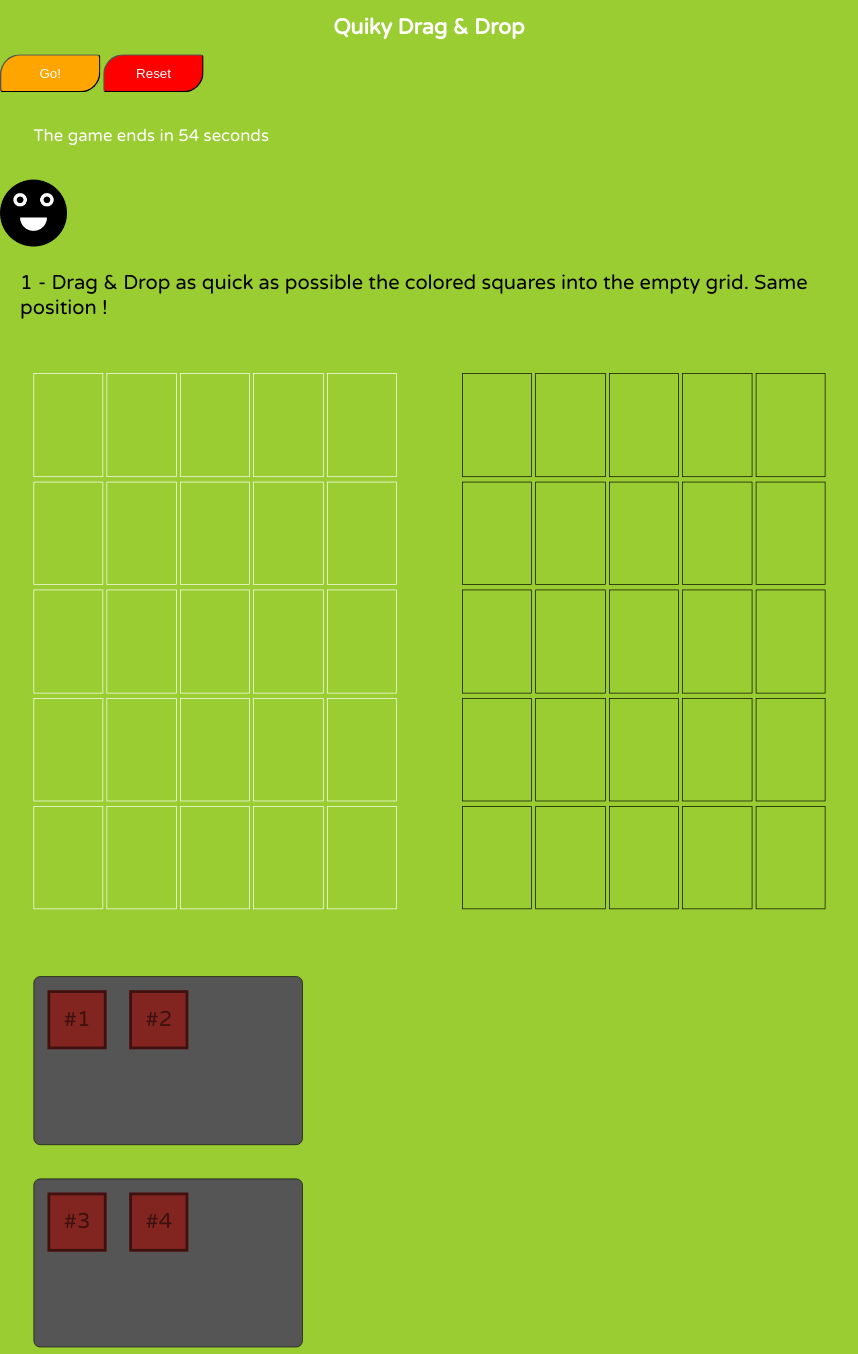
Repository: Siehan/Quiky-drag-and-drop
Page: index.html
An editor plug-in stored every save of this project. The page is shown before and after the next save, followed by the edit.
The browser window is 1280 px wide. The pictures show the whole page, at 67% of full size.

Above is the page before, as saved 2020-01-22 15:03:04.
Console error: TypeError: Cannot read properties of null (reading 'addEventListener')

### index.html
<!DOCTYPE html>
<html lang="en">

<head>
  <meta charset="UTF-8">
  <meta name="viewport" content="width=device-width, initial-scale=1.0">
  <meta http-equiv="X-UA-Compatible" content="ie=edge">
  <link rel="stylesheet" type="text/css" href="style.css">
  <script type="module" src="grid.js"></script>
  <script type="text/javascript"></script>
  <title>Document</title>
</head>

<body>
  <header>
    <h1>Quiky Drag & Drop</h1>
    <button id="button-go">Go!</button>
    <button id="button-reset">Reset</button>
  </header>

  <div id="time"></div>
  <img class="black-face" src="images/1297390581.png" alt="black face">

  <p>1 - Drag & Drop as quick as possible the colored squares into the empty grid. Same position !</p>
  <div id="container">

    <div class="container-one"></div>
    <div class="container-two"></div>
  </div>

  <div class="dropper">
    <div class="draggable">#1</div>
    <div class="draggable">#2</div>
  </div>
  <div class="dropper">
    <div class="draggable">#3</div>
    <div class="draggable">#4</div>
  </div>

</body>

</html>

### style.css
@import url("https://fonts.googleapis.com/css?family=Varela+Round&display=swap");

body, html {
  font-family: 'Varela Round', sans-serif;
  background: yellowgreen;
  color: white;
  margin: 0 auto;
  padding: 0;
}

#button-go {
  width: 150px;
  color: white;
  font-size: 20px;
  background-color: orange;
  padding: 15px;
  border-radius: 30px 5px;
}

#button-reset {
  width: 150px;
  color: white;
  font-size: 20px;
  background-color: red;
  padding: 15px;
  border-radius: 30px 5px;
}

h1 {
  color: white;
  text-align: center;
  border-style: 1px black;
}

p {
  padding: 30px;
  margin: auto;
  font-family: 'Varela Round', sans-serif;
  font-size: 30px;
  color: black;
}

.black-face {
  width: 100px;
}

.thumbs-face {
  width: 100px;
}


#container {
  display: flex;
}

.container-one {
  display: grid;
  padding: 50px;
  grid-template-columns: repeat(5,1fr);
  grid-template-rows: repeat(5,1fr);
  width: 800px;
  height: 800px;
  grid-gap: 7px;
}

.container-two {
  display: grid;
  padding: 50px;
  grid-template-columns: repeat(5,1fr);
  grid-template-rows: repeat(5,1fr);
  width: 800px;
  height: 800px;
  grid-gap: 7px;
}

.container-one div {
  border: 1.5px solid white;
  width: 100%;
}

.container-two div {
  border: 1.5px solid black;
  width: 100%;
}

#time {
  padding: 50px;
  margin: auto;
  color: white;
  font-size: 25px;
}

.dropper {
    margin: 50px 10px 10px 50px;
    width: 400px;
    height: 250px;
    background-color: #555;
    border: 1px solid #111;

    border-radius: 10px;
    transition: all 200ms linear;
}

.drop_hover {
    box-shadow: 0 0 30px rgba(0, 0, 0, 0.8) inset;
}

.draggable {
    display: inline-block;
    margin: 20px 10px 10px 20px;
    padding-top: 20px;
    width: 80px;
    height: 60px;
    color: #3D110F;
    background-color: #822520;
    border: 4px solid #3D110F;
    text-align: center;
    font-size: 2em;
    cursor: move;

    transition: all 200ms linear;
    user-select: none;
}

### grid.js
function selectGeometricForms() {
    const btn = document.getElementById("button-go");
    const btnReset = document.getElementById("button-reset");
}

function setBlockColor() {
    const cases = document.querySelectorAll(".container-one div");
    cases.forEach(
        c =>
            c.style.background = getRandomColor())
}

function getRandomColor() {
    var letters = '0123456789ABCDEF';
    var color = '#';
    for (var i = 0; i < 6; i++) {
        color += letters[Math.floor(Math.random() * 16)];
    }
    return color;
}

function hourglass(id, cpt, lim, prev, next, callback) {
    (function f() {
        var el = document.getElementById(id);
        el.innerHTML = prev + cpt + next;
        if (cpt > lim) {
            cpt--;
            setTimeout(f, 999);
        } else if (callback) {
            callback();
        }
    })();
}

window.onload = function () {
    hourglass('time', 59, 0, 'The game ends in ', ' seconds', function () {
        alert("Game over !");
    });
};

for (let i = 0; i <= 24; i++) {
    var containerOne = document.querySelector(".container-one");
    var newDiv = document.createElement("div");
    newDiv.className = ("caseOne-" + i + " caseTableau1")
    containerOne.appendChild(newDiv);

}
console.log(containerOne);

for (let i = 0; i <= 24; i++) {
    var containerTwo = document.querySelector(".container-two");
    var newDiv2 = document.createElement("div");
    newDiv2.className = ("caseTwo-" + i + " caseTableau2")
    containerTwo.appendChild(newDiv2);
}
console.log(containerTwo);

var dragImg = new Image();
dragImg.src = 'drag_img.png';

document.querySelector('*[draggable="true"]').addEventListener('dragstart', function (e) {

    e.dataTransfer.setDragImage(dragImg, 40, 40); // Une position de 40x40 pixels centrera l'image (de 80x80 pixels) sous le curseur

});
(function () {

    var dndHandler = {

        draggedElement: null, // Propriété pointant vers l'élément en cours de déplacement

        applyDragEvents: function (element) {

            element.draggable = true;

            var dndHandler = this; // Cette variable est nécessaire pour que l'événement « dragstart » ci-dessous accède facilement au namespace « dndHandler »

            element.addEventListener('dragstart', function (e) {
                dndHandler.draggedElement = e.target; // On sauvegarde l'élément en cours de déplacement
                e.dataTransfer.setData('text/plain', ''); // Nécessaire pour Firefox
            });

        },

        applyDropEvents: function (dropper) {

            dropper.addEventListener('dragover', function (e) {
                e.preventDefault(); // On autorise le drop d'éléments
                this.className = 'dropper drop_hover'; // Et on applique le style adéquat à notre zone de drop quand un élément la survole
            });

            dropper.addEventListener('dragleave', function () {
                this.className = 'dropper'; // On revient au style de base lorsque l'élément quitte la zone de drop
            });

            var dndHandler = this; // Cette variable est nécessaire pour que l'événement « drop » ci-dessous accède facilement au namespace « dndHandler »

            dropper.addEventListener('drop', function (e) {

                var target = e.target,
                    draggedElement = dndHandler.draggedElement, // Récupération de l'élément concerné
                    clonedElement = draggedElement.cloneNode(true); // On créé immédiatement le clone de cet élément

                while (target.className.indexOf('dropper') == -1) { // Cette boucle permet de remonter jusqu'à la zone de drop parente
                    target = target.parentNode;
                }

                target.className = 'dropper'; // Application du style par défaut

                clonedElement = target.appendChild(clonedElement); // Ajout de l'élément cloné à la zone de drop actuelle
                dndHandler.applyDragEvents(clonedElement); // Nouvelle application des événements qui ont été perdus lors du cloneNode()

                draggedElement.parentNode.removeChild(draggedElement); // Suppression de l'élément d'origine

            });

        }

    };

    var elements = document.querySelectorAll('.draggable'),
        elementsLen = elements.length;

    for (var i = 0; i < elementsLen; i++) {
        dndHandler.applyDragEvents(elements[i]); // Application des paramètres nécessaires aux éléments déplaçables
    }

    var droppers = document.querySelectorAll('.dropper'),
        droppersLen = droppers.length;

    for (var i = 0; i < droppersLen; i++) {
        dndHandler.applyDropEvents(droppers[i]); // Application des événements nécessaires aux zones de drop
    }

})();


setBlockColor()

After the next save:
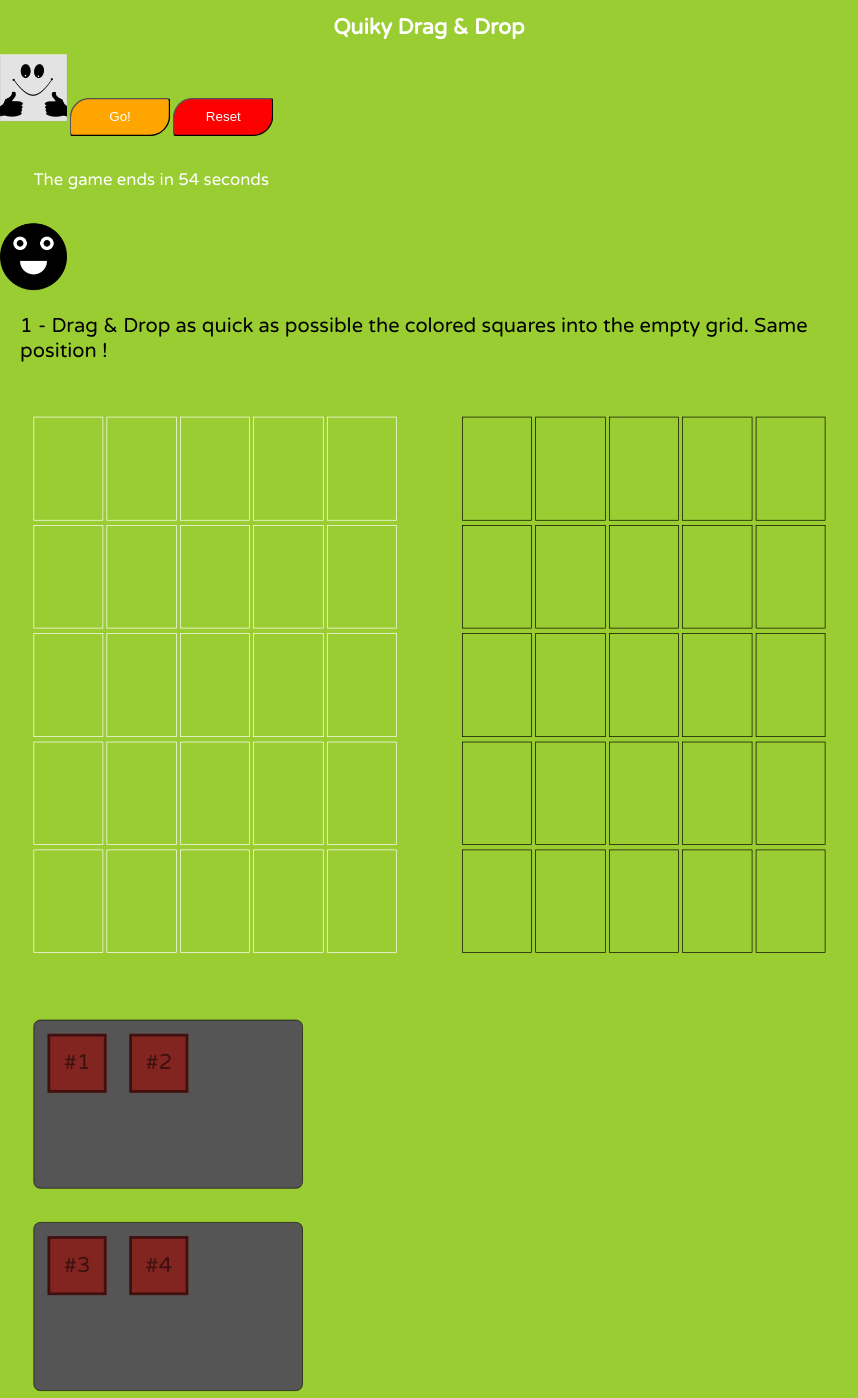
Saved 19 s later.
--- a/index.html
+++ b/index.html
@@ -14,6 +14,7 @@
 <body>
   <header>
     <h1>Quiky Drag & Drop</h1>
+    <img class="thumbs-face" src="images/Thumbs-Up-Smiley-Face.png" alt="thumbs face">
     <button id="button-go">Go!</button>
     <button id="button-reset">Reset</button>
   </header>

After the 4 saves that followed:
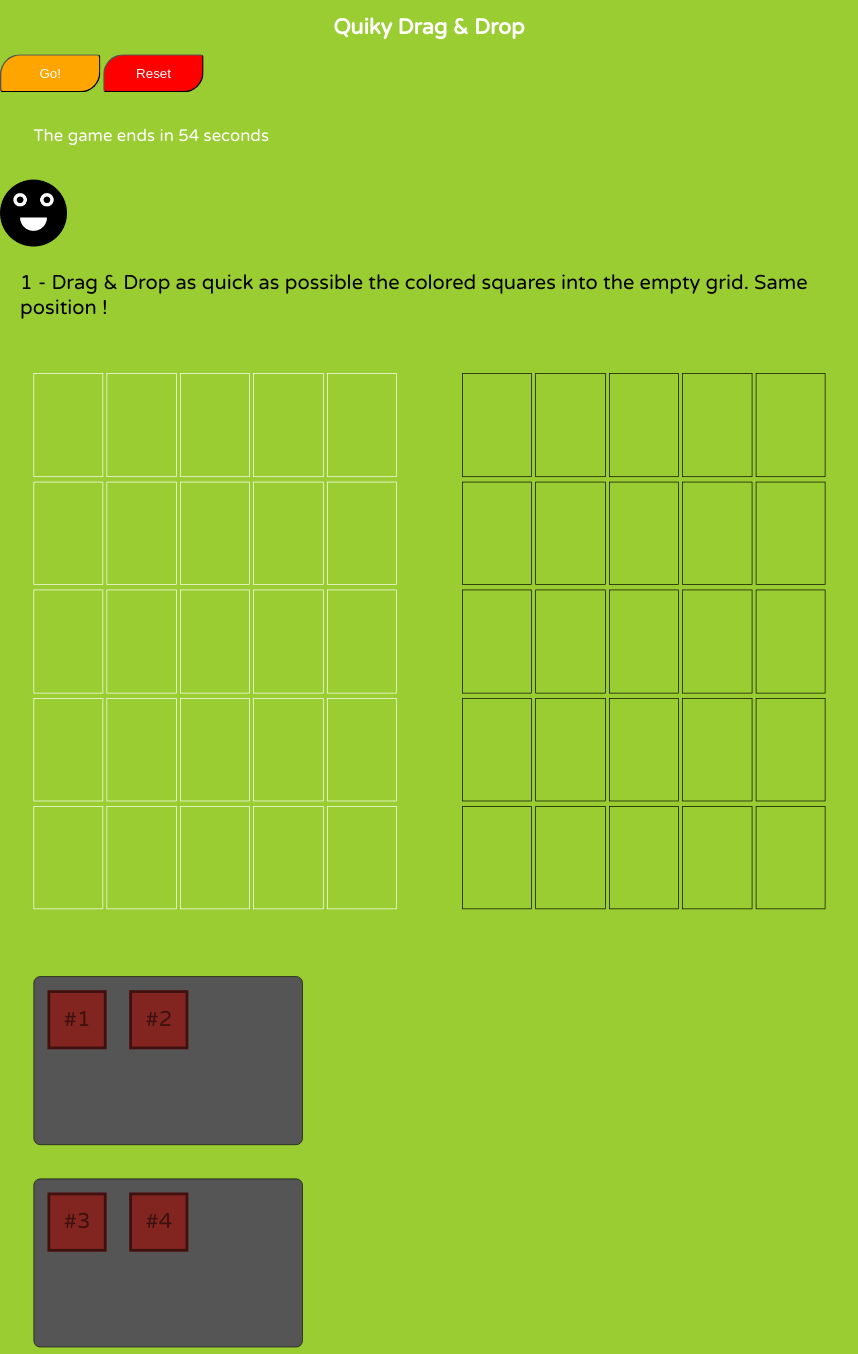
The 4 saves are shown as one change because 2 left the picture as it was and some came seconds apart.
The last was saved 59 s later.
--- a/index.html
+++ b/index.html
@@ -13,8 +13,8 @@
 
 <body>
   <header>
+    <div></div>
     <h1>Quiky Drag & Drop</h1>
-    <img class="thumbs-face" src="images/Thumbs-Up-Smiley-Face.png" alt="thumbs face">
     <button id="button-go">Go!</button>
     <button id="button-reset">Reset</button>
   </header>
